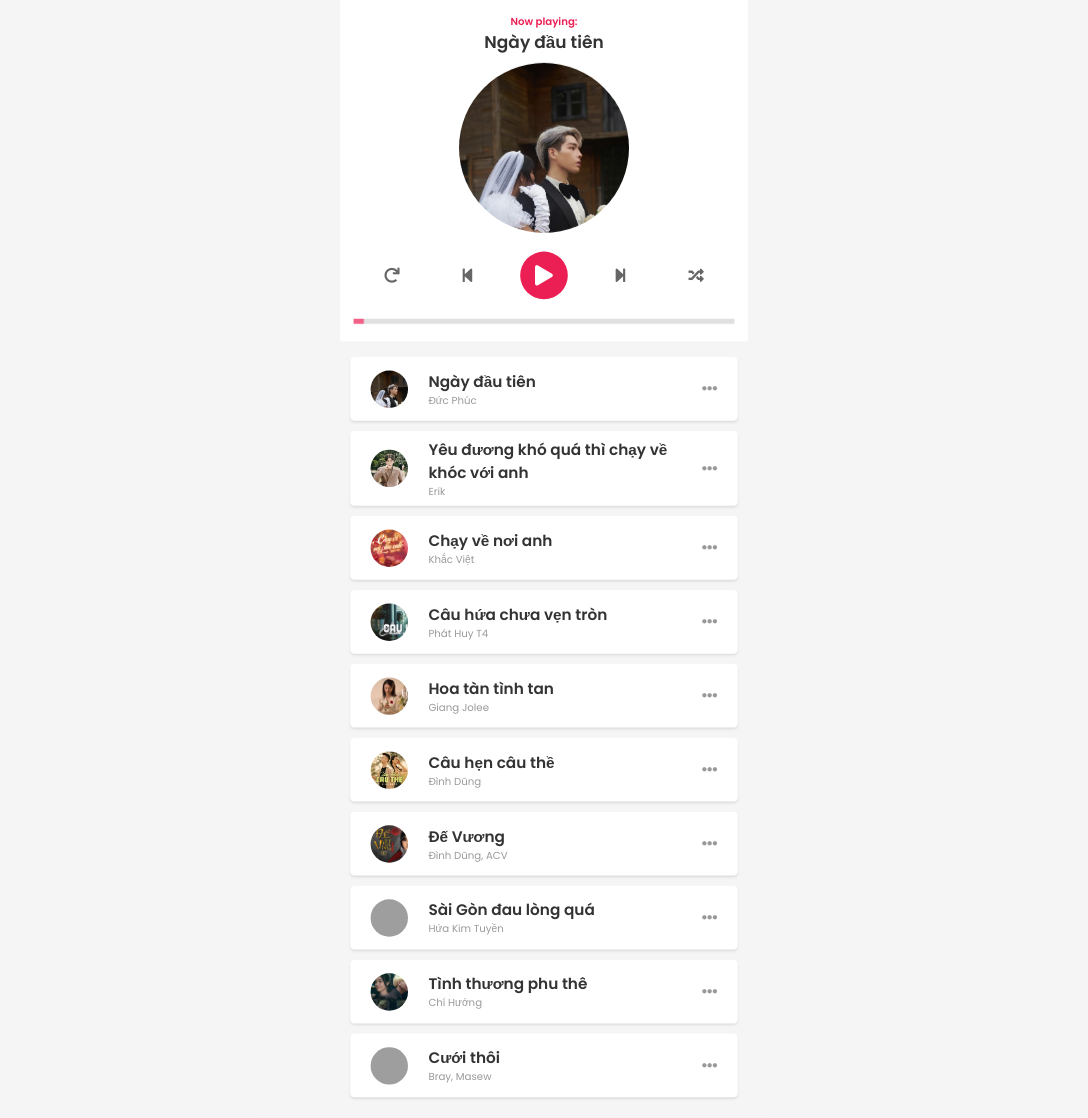
Repository: KienCao2000/demo-music
Page: index.html
The author's editor kept a copy of each file at every save. The page is drawn from the files as they stood at one save, then again after the next save.
The browser window is 1280 px wide. The pictures show the whole page, at 85% of full size.
Pictures or frames that could not be fetched are drawn as grey boxes.

Above is the page before, as saved 2022-02-26 08:56:05.

After the next save:
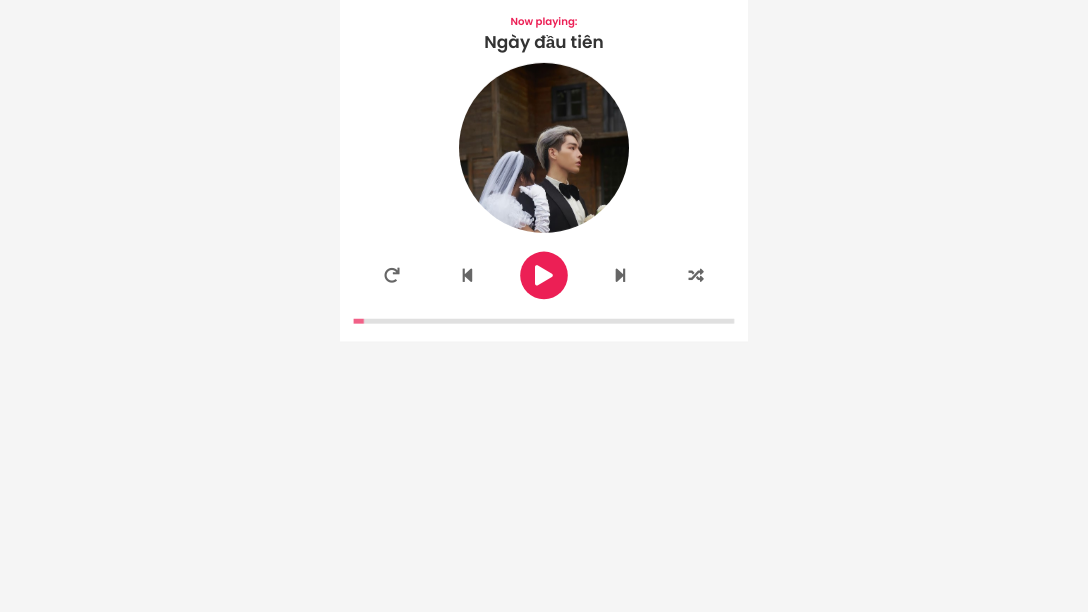
Console error: ReferenceError: song is not defined
Saved 4 min 27 s later.
--- a/index.html
+++ b/index.html
@@ -154,9 +154,9 @@
             },
           ],
           render: function() {
-            const htmls = this.songs.map(song => {
+            const htmls = this.songs.map(song,index => {
               return `
-              <div class="song">
+              <div class="song ${index === this.currentIndex ? 'active' : ''}">
                 <div class="thumb" style="background-image: url('${song.img}')">
                 </div>
                 <div class="body">
@@ -245,6 +245,7 @@
                   _this.nextSong()
                 }
                 audio.play()
+                _this.render()
               }
 
               // Khi pre song

After the 2 saves that followed:
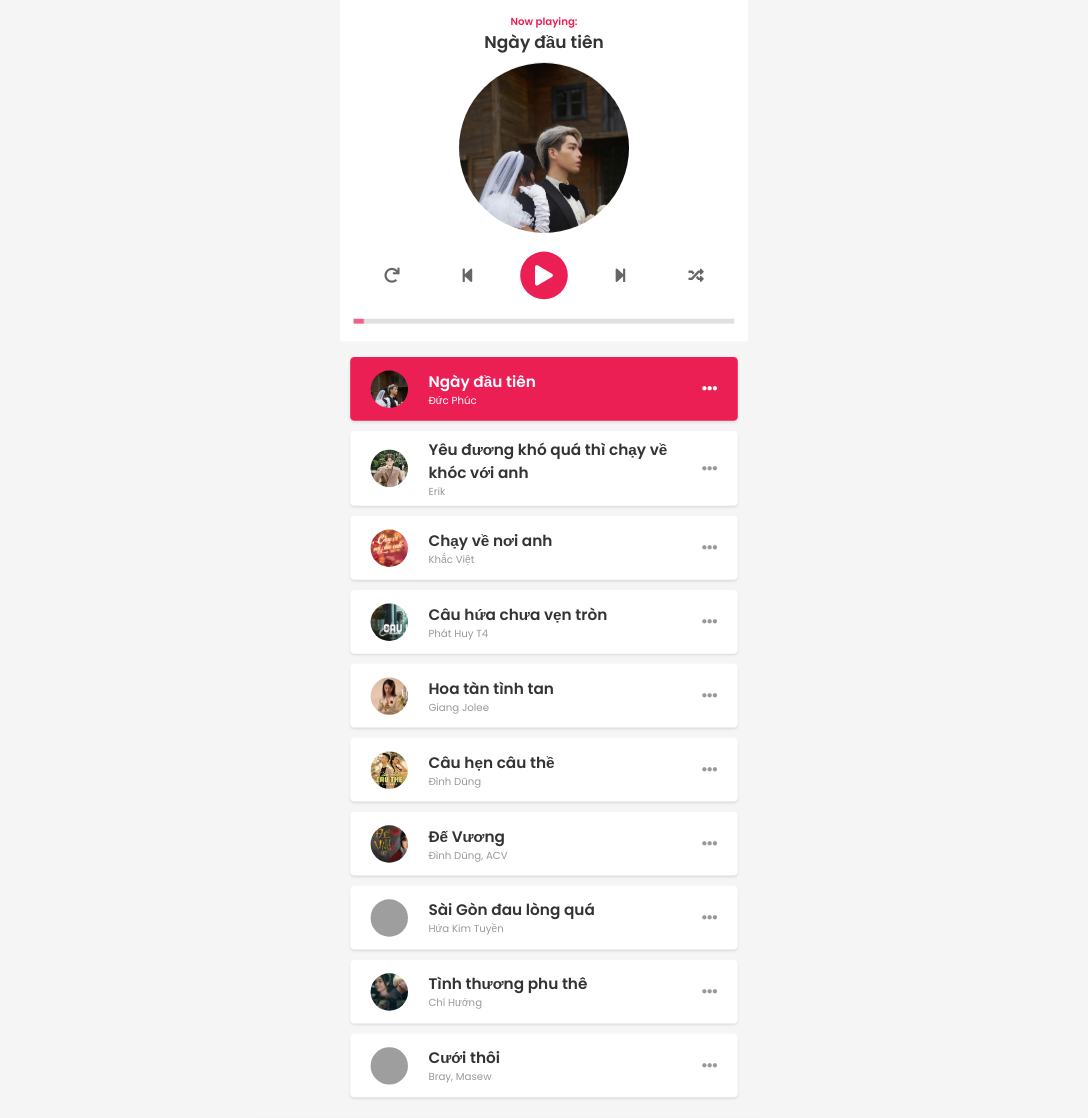
The error is gone.
The 2 saves are shown as one change because 1 left the picture as it was.
The last was saved 61 s later.
--- a/index.html
+++ b/index.html
@@ -154,7 +154,7 @@
             },
           ],
           render: function() {
-            const htmls = this.songs.map(song,index => {
+            const htmls = this.songs.map((song, index) => {
               return `
               <div class="song ${index === this.currentIndex ? 'active' : ''}">
                 <div class="thumb" style="background-image: url('${song.img}')">
